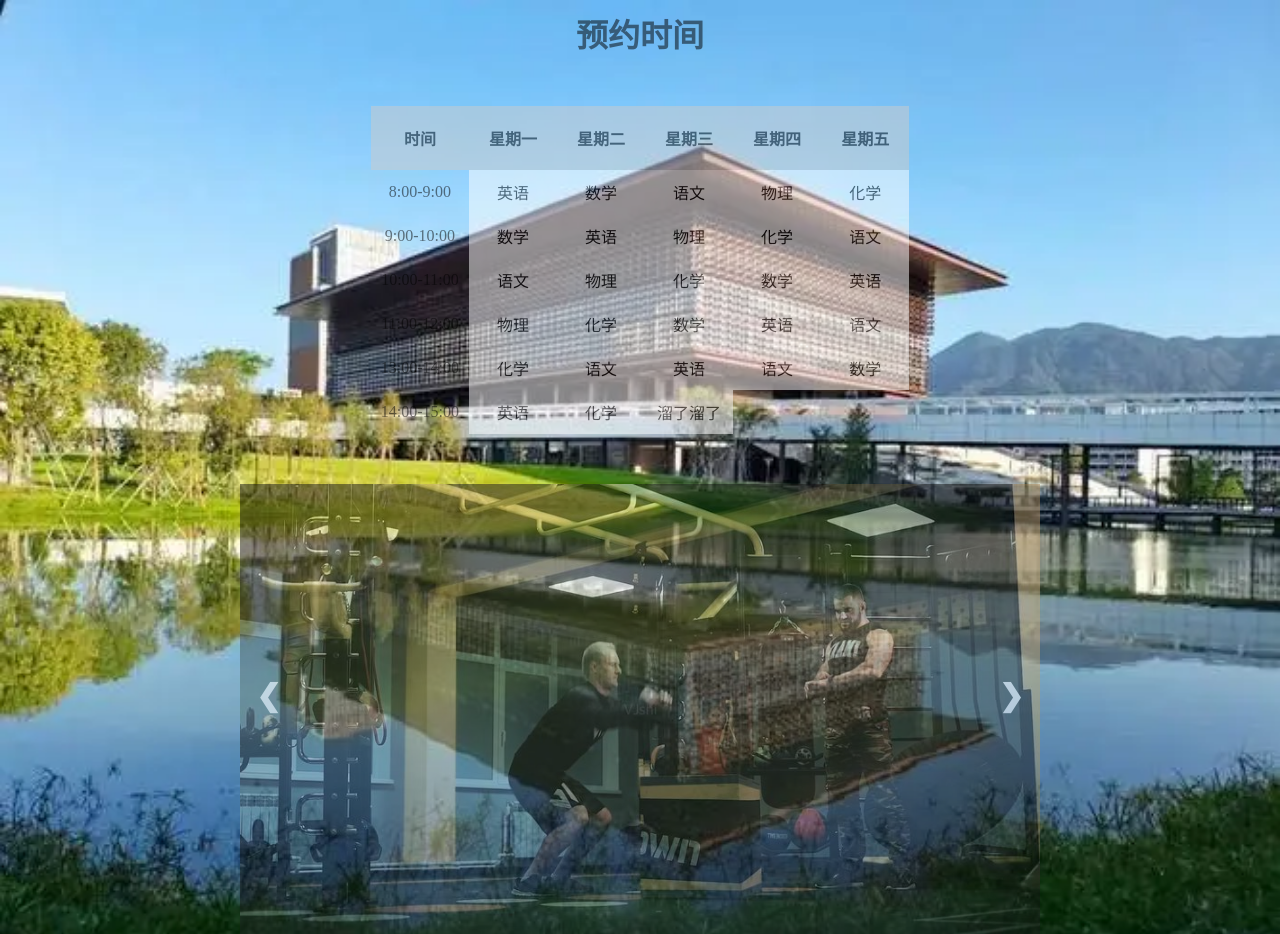
Repository: wupeng6666/Sports-Hall-Booking-System
Page: LearingDjango/app01/templates/yuyue.html
These files come from the project's save history. The page is drawn as it stood at one moment and after a run of saves; the edit follows.
The browser window is 1280 px wide. The pictures show the whole page.
Backgrounds fixed to the window are drawn as part of the page. The template is drawn by Django 4.2. The application's start-up code is not run. The template is opened directly, without the code that normally fills it, so the values that code supplies are empty.

Above is the page before, as saved 2023-06-07 14:07:41.

After the next 2 saves:
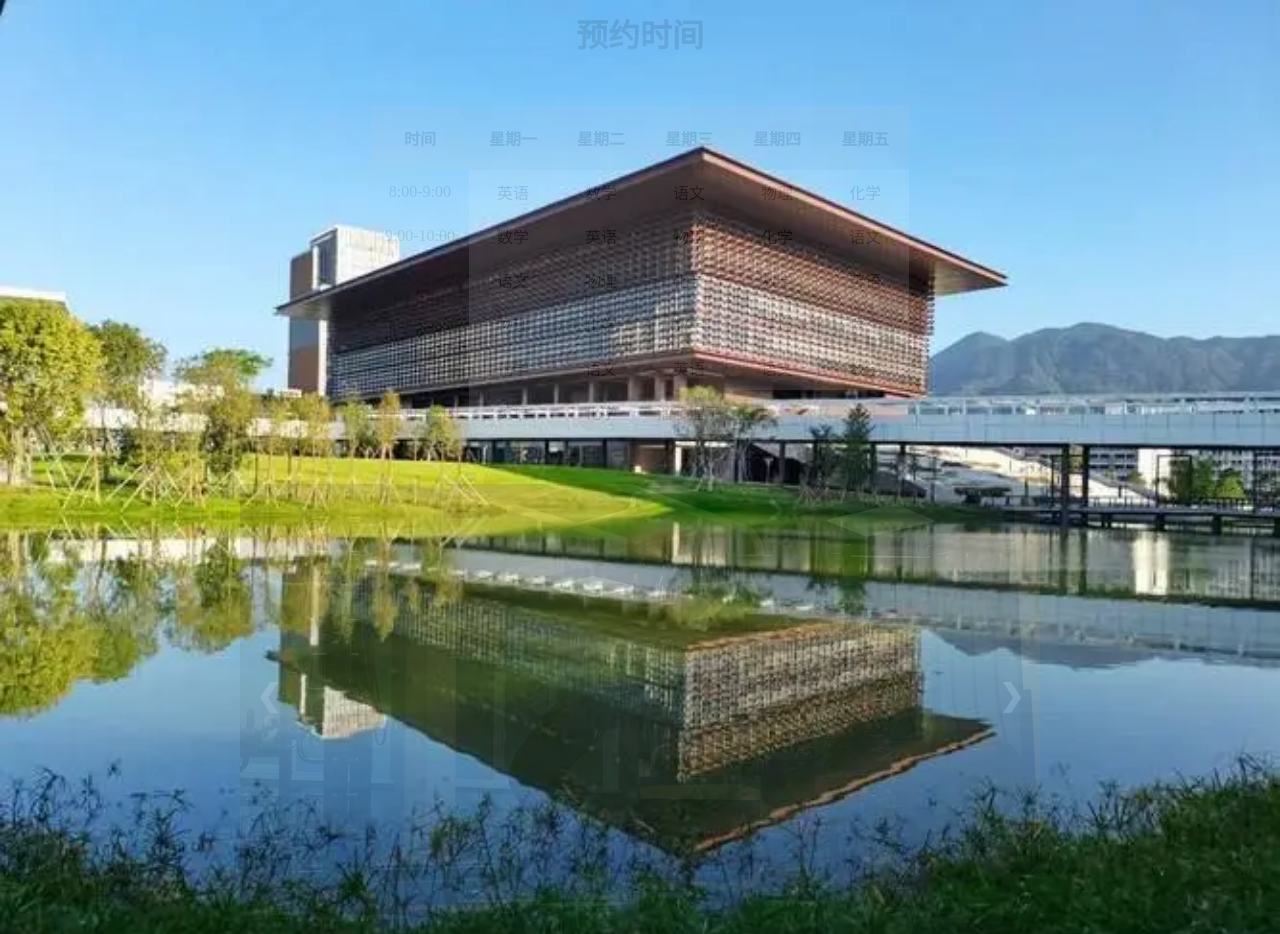
The 2 saves are shown as one change because they came seconds apart.
The last was saved 11 s later.
--- a/LearingDjango/app01/templates/yuyue.html
+++ b/LearingDjango/app01/templates/yuyue.html
@@ -16,7 +16,7 @@
         -moz-background-size: cover;
         -o-background-size: cover;
         background-size: cover;
-        opacity: 0.5;
+        opacity: 0.1;
     }
     h1 {
         text-align: center;
